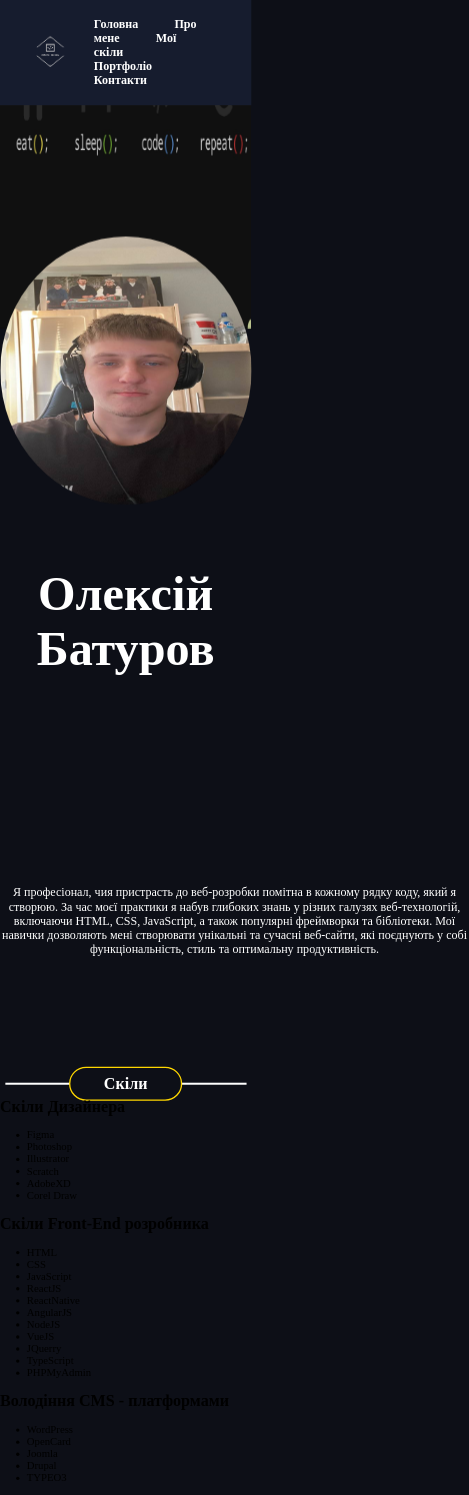
Repository: qtqqrdy13/cv-2
Page: index.html
These files come from the project's save history. The page is drawn as it stood at one moment and after the next save; the edit follows.
The browser window is 375 px wide. The page is 700 px wide, so the pictures cover 700 px, including what lies to the right of the window. The pictures show the whole page, at 67% of full size.

Above is the page before, as saved 2023-10-04 21:40:06.

### index.html
<!DOCTYPE html>
<html lang="en">
<head>
    <link rel="stylesheet" href="main.css">
    <meta charset="UTF-8">
    <meta name="viewport" content="width=device-width, initial-scale=1.0">
    <title>Батуров Олексій</title>
</head>
<body>
    <header>
        <div class="logo">
            <img src="../My-CV Леша/image/media/logo.png" alt="logo">
        </div>
        <nav>
            <ul>
                <li><a href="">Головна</a></li>
                <li><a href="">Про мене</a></li>
                <li><a href="">Мої скіли</a></li>
                <li><a href="">Портфоліо</a></li>
                <li><a href="">Контакти</a></li>
            </ul>
        </nav>
    </header>

    <div class="container-top">
        <div class="img-container">
          <img class="img-1" src="../cv 2/image/code.gif" alt="">
          <img class="img-2" src="../cv 2/image/photo_2023-09-09_18-51-06.jpg" alt="">
      </div>
      <div class="container-text">
        <div class="text-block">
            <h1>Олексій Батуров</h1>
        </div>
    </div>
    </div>
    <div class="description">
        <p>Я професіонал, чия пристрасть до веб-розробки
            помітна в кожному рядку коду, який я створюю.
            За час моєї практики я набув глибоких знань у
            різних галузях веб-технологій, включаючи HTML,
            CSS, JavaScript, а також популярні фреймворки
            та бібліотеки. Мої навички дозволяють мені
            створювати унікальні та сучасні веб-сайти,
            які поєднують у собі функціональність, стиль
            та оптимальну продуктивність.  </p>
    </div>

    <div id="about_us">
        <div class="announcement">
            <h2 class="title">
                Скіли
            </h2>
        </div>
    </div>
   <div class="block">
    <h2>Скіли Дизайнера</h2>
    <div class="content">
        <ul>
            <li>Figma</li>
            <li>Photoshop</li>
            <li>Illustrator</li>
            <li>Scratch</li>
            <li>AdobeXD</li>
            <li>Corel Draw</li>
        </ul>
    </div>
   </div>
   <div class="block">
    <h2>Скіли Front-End розробника</h2>
    <div class="content">
        <ul>
            <li>HTML</li>
            <li>CSS</li>
            <li>JavaScript</li>
            <li>ReactJS</li>
            <li>ReactNative</li>
            <li>AngularJS</li>
            <li>NodeJS</li>
            <li>VueJS</li>
            <li>JQuerry</li>
            <li>TypeScript</li>
            <li>PHPMyAdmin</li>
        </ul>
    </div>
   </div>
   <div class="block">
    <h2>Володіння CMS - платформами</h2>
    <div class="content">
        <ul>
            <li>WordPress</li>
            <li>OpenCard</li>
            <li>Joomla</li>
            <li>Drupal</li>
            <li>TYPEO3</li>
        </ul>
    </div>
   </div>

</body>
</html>

### main.css
body {
    background-color: #0d0f17;
    margin: 0;
    padding: 0;

}

header {
    background-color: #161C2E;
    color: white;
    padding: 10px 0px;
    position: fixed;
    top: 0;
    width: 100%;
    display: flex;
    justify-content: space-between;
    align-items: center;
    z-index: 1000;
}

.logo img {
    height: 50px;
    margin-left: 50px;
}

nav ul {
    list-style: none;
    margin-right: 50px;
}

nav li {
    display: inline;
    margin-right: 50px;
}

nav a {
    text-decoration: none;
    color: white;
    font-weight: bold;
    font-size: 18px;
}

nav a:hover {
    color: gold;
    font-size: 24px;
    box-shadow: 0 0 10px gold;


}

.container-top {
    display: flex;
    flex-direction: column;
    align-items: center;
    width: 100%;
    overflow: visible;
    position: relative;
}

.img-container {
    width: 100%;
    max-width: 100vw;
    position: relative;
    overflow:visible;
    order: 1;
}

.img-1 {
    width: 100%;
    height: 500px;
   position:relative;
    animation: slideUp 2s ease-in-out infinite alternate;
}

.img-2 {
    width: 400px;
    height: 400px;
    max-width: 100%;
    position: absolute;
    top: calc(60% + 10%);;
    left: 50%;
    transform: translateX(-50%);
    z-index: 2;
    border-radius: 50%;
}
@keyframes slideUp{
    0%{
        transform: translateY(0);
    }
    100%{
        transform: translateY(-20px);
    }
}
@media  screen and(max-width: 768px) {
    .container{
        padding: 2px;
    }
    .img-1, .img-2{
        height: auto;
    }
}

.container-text {
    display: flex;
    flex-direction: column;
    align-items: center;
    justify-content: center;
    height: 100vh;
    order: 2;
}

.text-block {
    width: 400px;
    height: 214px;
    font-size: 60px;
    text-align: center;
    color: white;
    animation: fadeIn 2s ease-in-out;
    margin: 0 auto;
}

.description {
    width: 700px;
    height: 256px;
    text-align: center;
    color: white;
    animation: slideIn 2s ease-in-out;
    margin: 0 auto;
    margin-bottom: 10%;
}

@keyframes fadeIn {
    0% {
        opacity: 0;
    }
    100% {
        opacity: 1;
    }
}

@keyframes slideIn {
    0% {
        transform: translateY(-20px);
        opacity: 0;
    }
    100% {
        transform: translateY(0);
        opacity: 1;
    }
}

/* Адаптация для маленьких экранов */
@media (max-width: 600px) {
    .text-block {
        font-size: 36px;
    }

    .description {
        font-size: 18px;
    }
}

/* Адаптация для планшетов */
@media (min-width: 601px) and (max-width: 1024px) {
    .text-block {
        font-size: 48px;
    }

    .description {
        font-size: 24px;
    }
}

/* Адаптация для больших экранов */
@media (min-width: 1025px) {
    .text-block {
        font-size: 72px;
    }

    .description {
        font-size: 30px;
    }
}

.announcement {
    height: 3px;
    background-color: white;
    display: flex;
    justify-content: center;
    align-items: center;
    margin: 2% 2%;
}

.title {
    animation-name: fade-in;
    animation-duration: 0.3s;
    text-align: center;
    text-decoration: none;
    color: white;
    border: 2px solid gold;
    background-color: #0d0f17;
    border-radius: 30px;
    padding: 10px 50px;
}

.title:hover {

    color: gold;
    font-size: 26px;
    box-shadow: 0 0 6px gold;
}

@keyframes fade-in {
    from {
        opacity: 0;
    }

    to {
        opacity: 1;
    }
}


.header h1{
    text-align: center;
    font-size:26px;
    color:white;
}
.content_title{
    font-size:24px;
    margin-top:20px;
    color:white;
}
.content p{
    font-size:18px;
    margin-top:10px;
    padding-left:20px;
    color:white;
    display: inline-block;

}
@keyframes fadeIn {
    0%{
        opacity: 0;
    }
100%{
    opacity: 1;
}
}
@media screen and(max-width:600px){
    .container{
        width: 95%;
    }
    .header h1{
        font-size:24px;
    }
    .content p {
        font-size:16px;
    }
}
@media screen and(max-width:992px) {
    .container{
        width: 90%;
    }

}

After the next save:
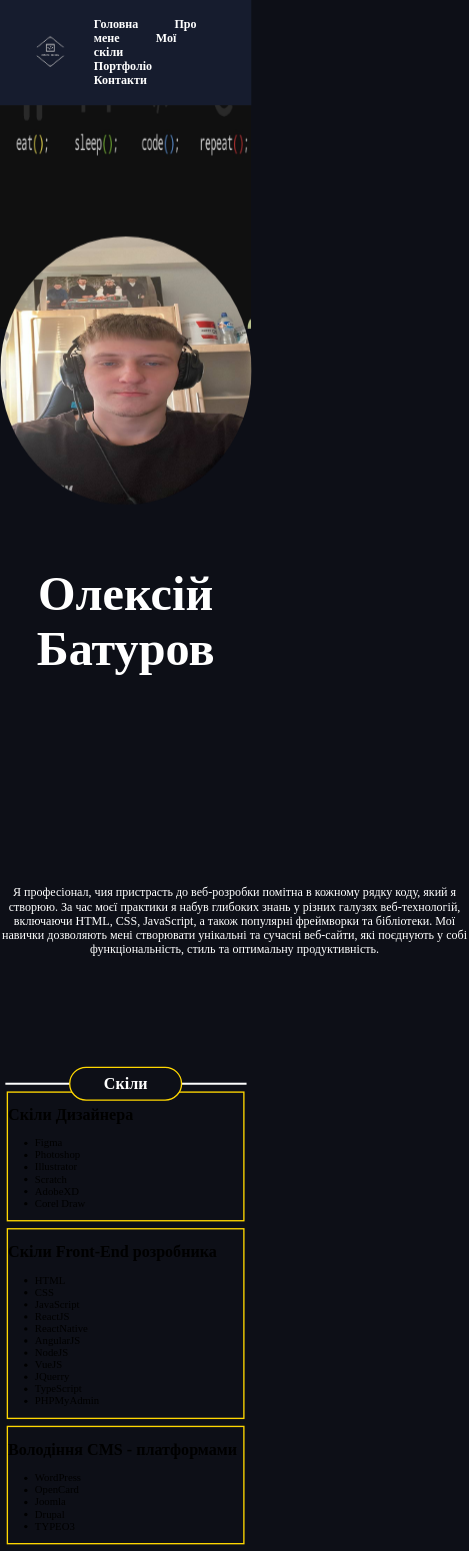
Saved 3 min 31 s later.
--- a/main.css
+++ b/main.css
@@ -219,48 +219,8 @@ nav a:hover {
         opacity: 1;
     }
 }
-
-
-.header h1{
-    text-align: center;
-    font-size:26px;
-    color:white;
-}
-.content_title{
-    font-size:24px;
-    margin-top:20px;
-    color:white;
-}
-.content p{
-    font-size:18px;
-    margin-top:10px;
-    padding-left:20px;
-    color:white;
-    display: inline-block;
-
-}
-@keyframes fadeIn {
-    0%{
-        opacity: 0;
-    }
-100%{
-    opacity: 1;
-}
-}
-@media screen and(max-width:600px){
-    .container{
-        width: 95%;
-    }
-    .header h1{
-        font-size:24px;
-    }
-    .content p {
-        font-size:16px;
-    }
-}
-@media screen and(max-width:992px) {
-    .container{
-        width: 90%;
-    }
-
-}
+.block{
+    border:2px solid gold;
+    margin:10px;
+
+}
